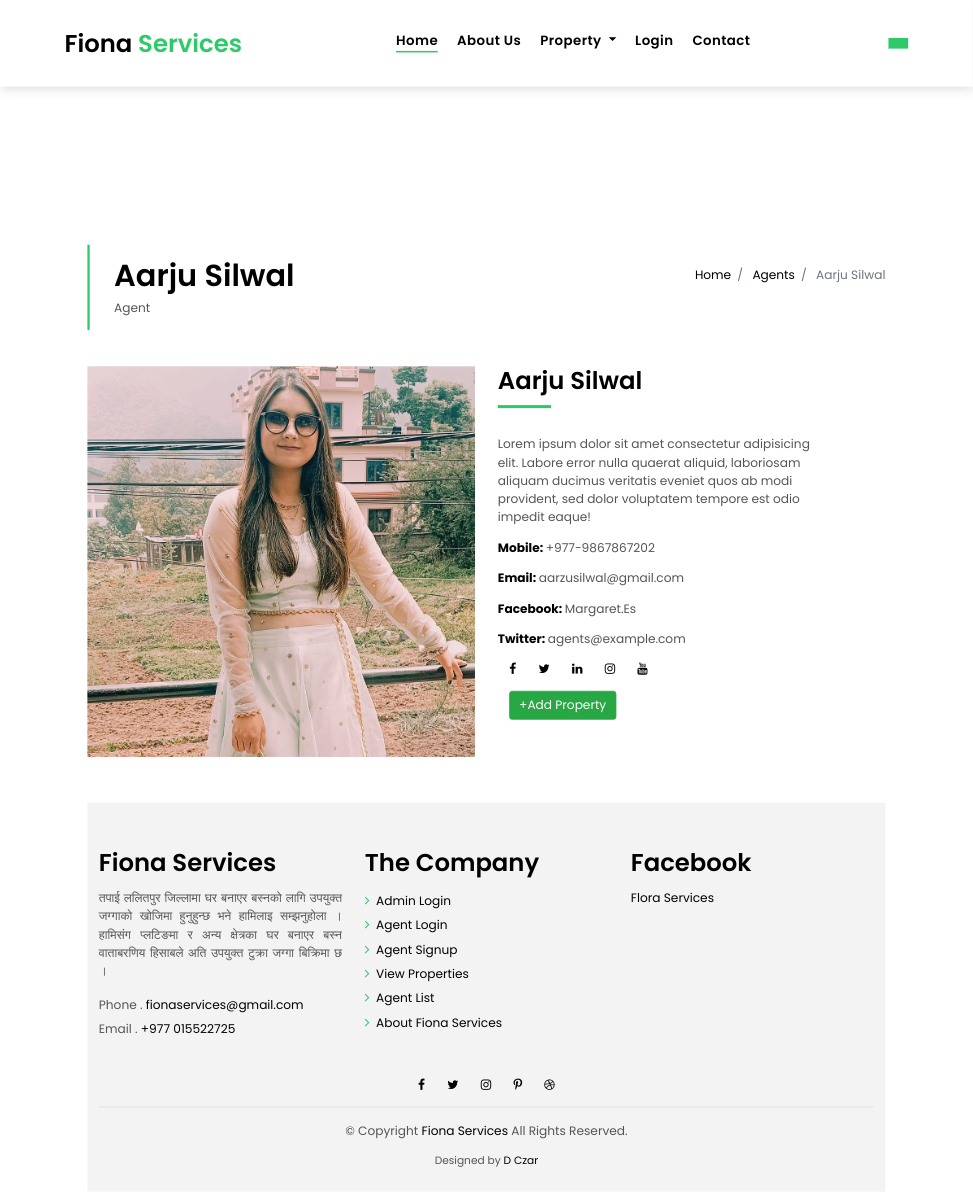
Repository: Sjuicyy/realstate
Page: profile.html
These files come from the project's save history. The page is drawn as it stood at one moment and after the next save; the edit follows.
The browser window is 1280 px wide. The pictures show the whole page, at 76% of full size.

Above is the page before, as saved 2022-10-15 09:55:40.

### profile.html
<!DOCTYPE html>
<html lang="en">

<head>
    <meta charset="utf-8">
    <title>Fiona Services</title>
    <meta content="width=device-width, initial-scale=1.0" name="viewport">
    <meta content="" name="keywords">
    <meta content="" name="description">

    <!-- Favicons -->
    <link href="img/favicon.png" rel="icon">
    <link href="img/apple-touch-icon.png" rel="apple-touch-icon">

    <!-- Google Fonts -->
    <link href="https://fonts.googleapis.com/css?family=Poppins:300,400,500,600,700" rel="stylesheet">

    <!-- Bootstrap CSS File -->
    <link href="lib/bootstrap/css/bootstrap.min.css" rel="stylesheet">

    <!-- Libraries CSS Files -->
    <link href="lib/font-awesome/css/font-awesome.min.css" rel="stylesheet">
    <link href="lib/animate/animate.min.css" rel="stylesheet">
    <link href="lib/ionicons/css/ionicons.min.css" rel="stylesheet">
    <link href="lib/owlcarousel/assets/owl.carousel.min.css" rel="stylesheet">

    <!-- Main Stylesheet File -->
    <link href="css/style.css" rel="stylesheet">

    <!-- =======================================================
    Theme Name: EstateAgency
    Theme URL: https://bootstrapmade.com/real-estate-agency-bootstrap-template/
    Author: BootstrapMade.com
    License: https://bootstrapmade.com/license/
  ======================================================= -->
</head>
<div id="fb-root"></div>
<script async defer crossorigin="anonymous" src="https://connect.facebook.net/en_US/sdk.js#xfbml=1&version=v14.0"
    nonce="0jwGYLXn"></script>

<body>
    <!-- / Form Search End /-->

    <!--/ Nav Star /-->
    <nav class="navbar navbar-default navbar-trans navbar-expand-lg fixed-top">
        <div class="container">
            <button class="navbar-toggler collapsed" type="button" data-toggle="collapse" data-target="#navbarDefault"
                aria-controls="navbarDefault" aria-expanded="false" aria-label="Toggle navigation">
            </button>
            <a class="navbar-brand text-brand" href="/index.php">Fiona<span class="color-b"> Services</span></a>
            <button type="button" class="btn btn-link nav-search navbar-toggle-box-collapse d-md-none"
                data-toggle="collapse" data-target="#navbarTogglerDemo01" aria-expanded="false" title="Agent Space">

            </button>
            <div class="navbar-collapse collapse justify-content-center" id="navbarDefault">
                <ul class="navbar-nav">
                    <li class="nav-item">
                        <a class="nav-link active" href="index.php">Home</a>
                    </li>
                    <li class="nav-item">
                        <a class="nav-link" href="about.php">About Us</a>
                    </li>
                    <li class="nav-item dropdown">
                        <a class="nav-link dropdown-toggle" href="#" id="navbarDropdown" role="button"
                            data-toggle="dropdown" aria-haspopup="true" aria-expanded="false">
                            Property
                        </a>
                        <div class="dropdown-menu" aria-labelledby="navbarDropdown">
                            <a class="dropdown-item" href="property-single.php">Property Single</a>
                            <a class="dropdown-item" href="property-grid.php">Property List</a>
                        </div>
                    </li>
                    <li class="nav-item">
                        <a class="nav-link" href="Login.php">Login</a>
                    </li>
                    <li class="nav-item">
                        <a class="nav-link" href="contact.php">Contact</a>
                    </li>
                </ul>
            </div>
            <button type="button" class="btn btn-b-n navbar-toggle-box-collapse d-none d-md-block"
                data-toggle="collapse" data-target="#navbarTogglerDemo01" aria-expanded="false" title="Agent Space">
            </button>
        </div>
    </nav>
    <!--/ Nav End /-->



    <div class="container" style="margin-top:130px;">

        <div class="container" style="margin-top:130px;">
            <!-- ======= Intro Single ======= -->
            <section class="intro-single">
                <div class="container">
                    <div class="row">
                        <div class="col-md-12 col-lg-8">
                            <div class="title-single-box">
                                <h1 class="title-single">Aarju Silwal</h1>
                                <span class="color-text-a">Agent </span>
                            </div>
                        </div>
                        <div class="col-md-12 col-lg-4">
                            <nav aria-label="breadcrumb" class="breadcrumb-box d-flex justify-content-lg-end">
                                <ol class="breadcrumb">
                                    <li class="breadcrumb-item">
                                        <a href="#">Home</a>
                                    </li>
                                    <li class="breadcrumb-item">
                                        <a href="#">Agents</a>
                                    </li>
                                    <li class="breadcrumb-item active" aria-current="page">
                                        Aarju Silwal
                                    </li>
                                </ol>
                            </nav>
                        </div>
                    </div>
                </div>
            </section><!-- End Intro Single -->

            <!-- ======= Agent Single ======= -->
            <section class="agent-single">
                <div class="container">
                    <div class="row">
                        <div class="col-sm-12">
                            <div class="row">
                                <div class="col-md-6">
                                    <div class="agent-avatar-box">
                                        <img src="./img/aarju miss.jpg" alt="" class="agent-avatar img-fluid">
                                    </div>
                                </div>
                                <div class="col-md-5 section-md-t3">
                                    <div class="agent-info-box">
                                        <div class="agent-title">
                                            <div class="title-box-d">
                                                <h3 class="title-d">Aarju Silwal
                                                </h3>
                                            </div>
                                        </div>
                                        <div class="agent-content mb-3">
                                            <p class="content-d color-text-a">
                                                Lorem ipsum dolor sit amet consectetur adipisicing elit. Labore error
                                                nulla quaerat aliquid, laboriosam aliquam ducimus veritatis eveniet quos
                                                ab modi provident, sed dolor voluptatem tempore est odio impedit eaque!
                                            </p>
                                            <div class="info-agents color-a">
                                                <strong>Mobile: </strong>
                                                <span class="color-text-a"> +977-9867867202 </span>
                                                </p>
                                                <p>
                                                    <strong>Email: </strong>
                                                    <span class="color-text-a"> aarzusilwal@gmail.com</span>
                                                </p>
                                                <p>
                                                    <strong>Facebook: </strong>
                                                    <span class="color-text-a"> Margaret.Es</span>
                                                </p>
                                                <p>
                                                    <strong>Twitter: </strong>
                                                    <span class="color-text-a"> agents@example.com</span>
                                                </p>
                                            </div>
                                        </div>
                                        <div class="col-md-12">

                                            <div class="socials-a">
                                                <ul class="list-inline">
                                                    <li class="list-inline-item">
                                                        <a href="#">
                                                            <i class="fa fa-facebook" aria-hidden="true"></i>
                                                        </a>
                                                    </li>
                                                    <li class="list-inline-item">
                                                        <a href="#">
                                                            <i class="fa fa-twitter" aria-hidden="true"></i>
                                                        </a>
                                                    </li>
                                                    <li class="list-inline-item">
                                                        <a href="#">
                                                            <i class="fa fa-linkedin" aria-hidden="true"></i>
                                                        </a>
                                                    </li>
                                                    <li class="list-inline-item">
                                                        <a href="#">
                                                            <i class="fa fa-instagram" aria-hidden="true"></i>
                                                        </a>
                                                    </li>
                                                    <li class="list-inline-item">
                                                        <a href="#">
                                                            <i class="fa fa-youtube" aria-hidden="true"></i>
                                                        </a>
                                                    </li>
                                                </ul>
                                            </div>
                                        </div>
                                        <div class="col-md-12">
                                                <a href="./Add-Property.html">
                                                    <div class="btn btn-success">+Add Property</div>
                                                </a>
                                        </div>
                                    </div>
                                </div>
                            </div>
                        </div>

                    </div>




















                    <!--/ footer Star /-->
                    <section class="section-footer">
                        <div class="container">
                            <div class="row">
                                <div class="col-sm-12 col-md-4">
                                    <div class="widget-a">
                                        <div class="w-header-a">
                                            <h3 class="w-title-a text-brand">Fiona Services</h3>
                                        </div>
                                        <div class="w-body-a">
                                            <p class="w-text-a color-text-a" align="justify">
                                                तपाई ललितपुर जिल्लामा घर बनाएर बस्नको लागि उपयुक्त जग्गाको खोजिमा
                                                हुनुहुन्छ भने
                                                हामिलाइ सम्झनुहोला ।
                                                हामिसंग प्लटिङमा र अन्य क्षेत्रका घर बनाएर बस्न वाताबरणिय हिसाबले अति
                                                उपयुक्त
                                                टुक्रा जग्गा बिक्रिमा छ
                                                ।
                                            </p>
                                        </div>
                                        <div class="w-footer-a">
                                            <ul class="list-unstyled">
                                                <li class="color-a">
                                                    <span class="color-text-a">Phone .</span> fionaservices@gmail.com
                                                </li>
                                                <li class="color-a">
                                                    <span class="color-text-a">Email .</span> +977 015522725
                                                </li>
                                            </ul>
                                        </div>
                                    </div>
                                </div>
                                <div class="col-sm-12 col-md-4 section-md-t3">
                                    <div class="widget-a">
                                        <div class="w-header-a">
                                            <h3 class="w-title-a text-brand">The Company</h3>
                                        </div>
                                        <div class="w-body-a">
                                            <div class="w-body-a">
                                                <ul class="list-unstyled">
                                                    <li class="item-list-a">
                                                        <i class="fa fa-angle-right"></i> <a href="#">Admin Login</a>
                                                    </li>
                                                    <li class="item-list-a">
                                                        <i class="fa fa-angle-right"></i> <a href="#">Agent Login</a>
                                                    </li>
                                                    <li class="item-list-a">
                                                        <i class="fa fa-angle-right"></i> <a href="#">Agent Signup</a>
                                                    </li>
                                                    <li class="item-list-a">
                                                        <i class="fa fa-angle-right"></i> <a href="#">View
                                                            Properties</a>
                                                    </li>
                                                    <li class="item-list-a">
                                                        <i class="fa fa-angle-right"></i> <a href="#">Agent List</a>
                                                    </li>
                                                    <li class="item-list-a">
                                                        <i class="fa fa-angle-right"></i> <a href="#">About Fiona
                                                            Services</a>
                                                    </li>
                                                </ul>
                                            </div>
                                        </div>
                                    </div>
                                </div>
                                <div class="col-sm-12 col-md-4 section-md-t3">
                                    <div class="widget-a">
                                        <div class="w-header-a">
                                            <h3 class="w-title-a text-brand">Facebook</h3>
                                        </div>
                                        <div class="w-body-a">
                                            <div class="fb-page" data-href="https://www.facebook.com/floraservices2070"
                                                data-tabs="timeline" data-width="" data-height="110"
                                                data-small-header="false" data-adapt-container-width="true"
                                                data-hide-cover="false" data-show-facepile="false">
                                                <blockquote cite="https://www.facebook.com/floraservices2070"
                                                    class="fb-xfbml-parse-ignore"><a
                                                        href="https://www.facebook.com/floraservices2070">Flora
                                                        Services</a>
                                                </blockquote>
                                            </div>
                                        </div>
                                    </div>
                                </div>
                            </div>
                        </div>
                    </section>
                    <footer>
                        <div class="container">
                            <div class="row">
                                <div class="col-md-12">

                                    <div class="socials-a">
                                        <ul class="list-inline">
                                            <li class="list-inline-item">
                                                <a href="#">
                                                    <i class="fa fa-facebook" aria-hidden="true"></i>
                                                </a>
                                            </li>
                                            <li class="list-inline-item">
                                                <a href="#">
                                                    <i class="fa fa-twitter" aria-hidden="true"></i>
                                                </a>
                                            </li>
                                            <li class="list-inline-item">
                                                <a href="#">
                                                    <i class="fa fa-instagram" aria-hidden="true"></i>
                                                </a>
                                            </li>
                                            <li class="list-inline-item">
                                                <a href="#">
                                                    <i class="fa fa-pinterest-p" aria-hidden="true"></i>
                                                </a>
                                            </li>
                                            <li class="list-inline-item">
                                                <a href="#">
                                                    <i class="fa fa-dribbble" aria-hidden="true"></i>
                                                </a>
                                            </li>
                                        </ul>
                                    </div>
                                    <div class="copyright-footer">
                                        <p class="copyright color-text-a">
                                            &copy; Copyright
                                            <span class="color-a">Fiona Services</span> All Rights Reserved.
                                        </p>
                                    </div>
                                    <div class="credits">

                                        Designed by <a href="https://pritambajagain.com.np/">D Czar</a>
                                    </div>
                                </div>
                            </div>
                        </div>
                    </footer>
                    <!--/ Footer End /-->

                    <a href="#" class="back-to-top"><i class="fa fa-chevron-up"></i></a>
                    <div id="preloader"></div>

                    <!-- JavaScript Libraries -->
                    <script>
                        function readURL(input) {
                            if (input.files && input.files[0]) {
                                var reader = new FileReader();

                                reader.onload = function (e) {
                                    $('#blah')
                                        .attr('src', e.target.result);
                                };

                                reader.readAsDataURL(input.files[0]);
                            }
                        }
                    </script>
                    <script src="lib/jquery/jquery.min.js"></script>
                    <script src="lib/jquery/jquery-migrate.min.js"></script>
                    <script src="lib/popper/popper.min.js"></script>
                    <script src="lib/bootstrap/js/bootstrap.min.js"></script>
                    <script src="lib/easing/easing.min.js"></script>
                    <script src="lib/owlcarousel/owl.carousel.min.js"></script>
                    <script src="lib/scrollreveal/scrollreveal.min.js"></script>
                    <!-- Contact Form JavaScript File -->
                    <script src="contactform/contactform.js"></script>

                    <!-- Template Main Javascript File -->
                    <script src="js/main.js"></script>

</body>

</html>

Loaded but not shown: lib/bootstrap/css/bootstrap.min.css (library); lib/font-awesome/css/font-awesome.min.css (library); lib/animate/animate.min.css (library); lib/ionicons/css/ionicons.min.css (library); lib/owlcarousel/assets/owl.carousel.min.css (library); lib/jquery/jquery.min.js (library); lib/jquery/jquery-migrate.min.js (library); lib/popper/popper.min.js (library); lib/bootstrap/js/bootstrap.min.js (library); lib/easing/easing.min.js (common file); lib/owlcarousel/owl.carousel.min.js (library); lib/scrollreveal/scrollreveal.min.js (library); js/main.js (150 lines, source omitted); contactform/contactform.js (118 lines, source omitted); css/style.css (2025 lines, source omitted)

After the next save:
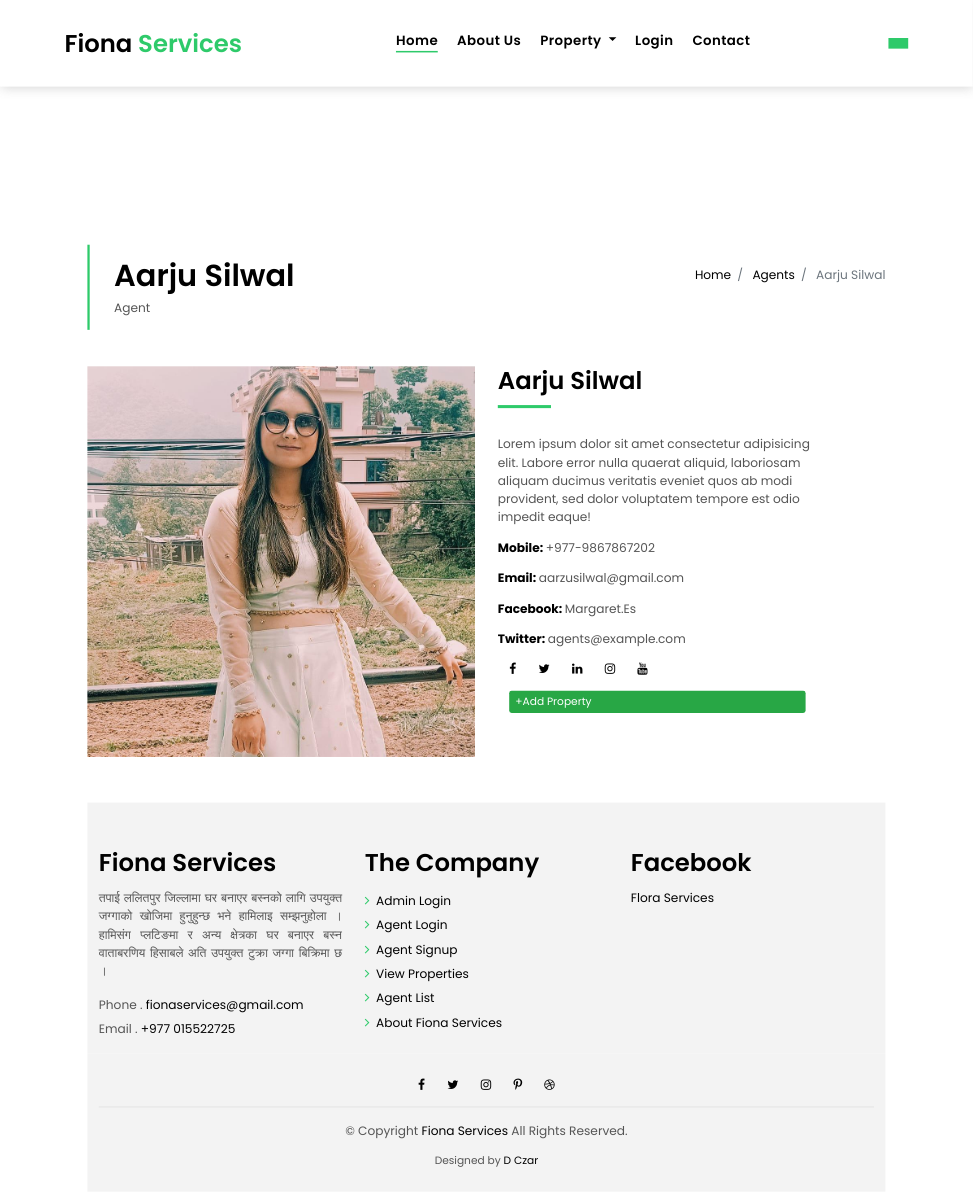
Saved 12 s later.
--- a/profile.html
+++ b/profile.html
@@ -196,7 +196,7 @@
                                         </div>
                                         <div class="col-md-12">
                                                 <a href="./Add-Property.html">
-                                                    <div class="btn btn-success">+Add Property</div>
+                                                    <div class="btn-sm btn-success">+Add Property</div>
                                                 </a>
                                         </div>
                                     </div>
